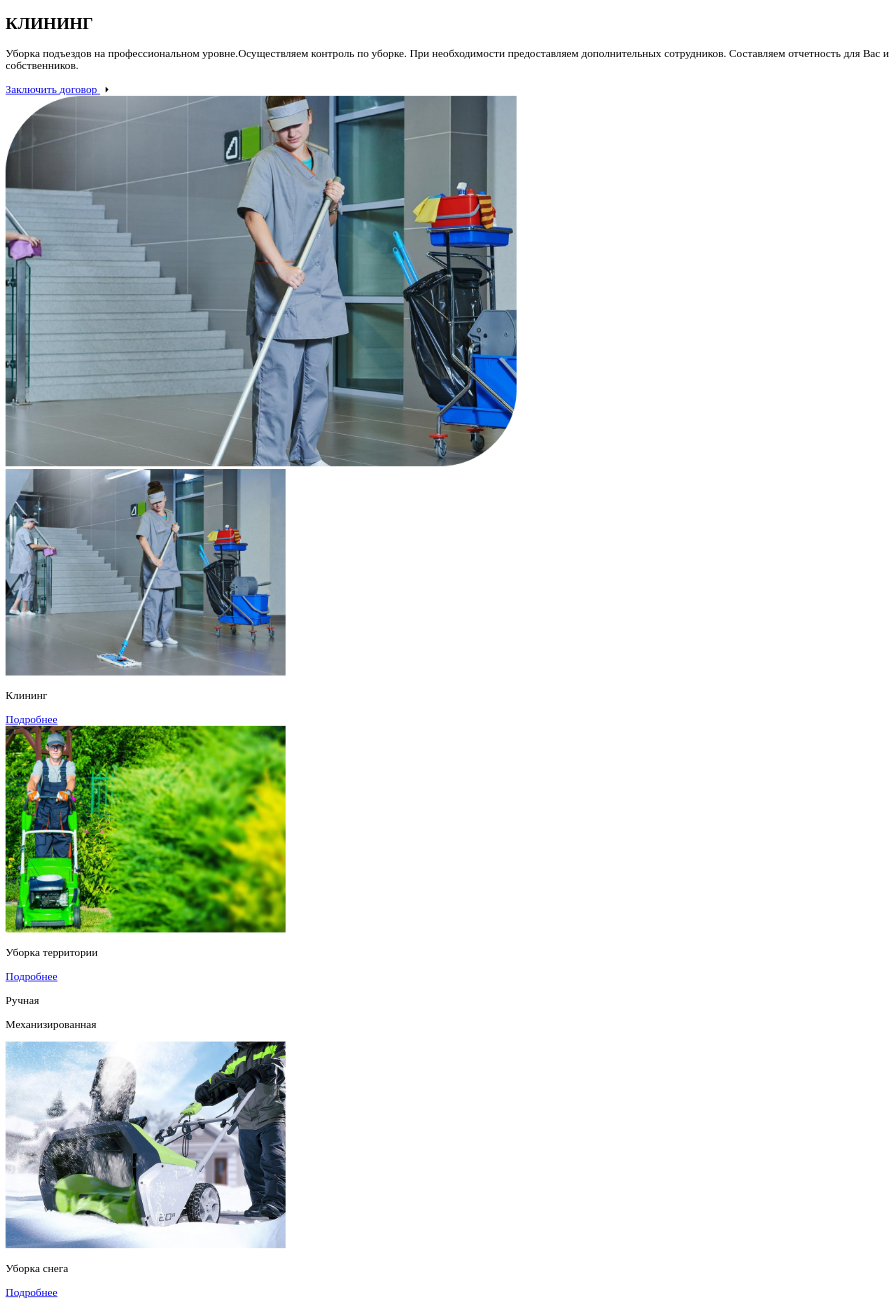
Repository: Azimich/Cleaning_
Page: src/pages/Cleaning/banner/banner.html
An editor plug-in stored every save of this project. The page is shown before and after the next save, followed by the edit.
The browser window is 1280 px wide. The pictures show the whole page, at 70% of full size.

Above is the page before, as saved 2022-10-19 18:35:07.

After the next save:
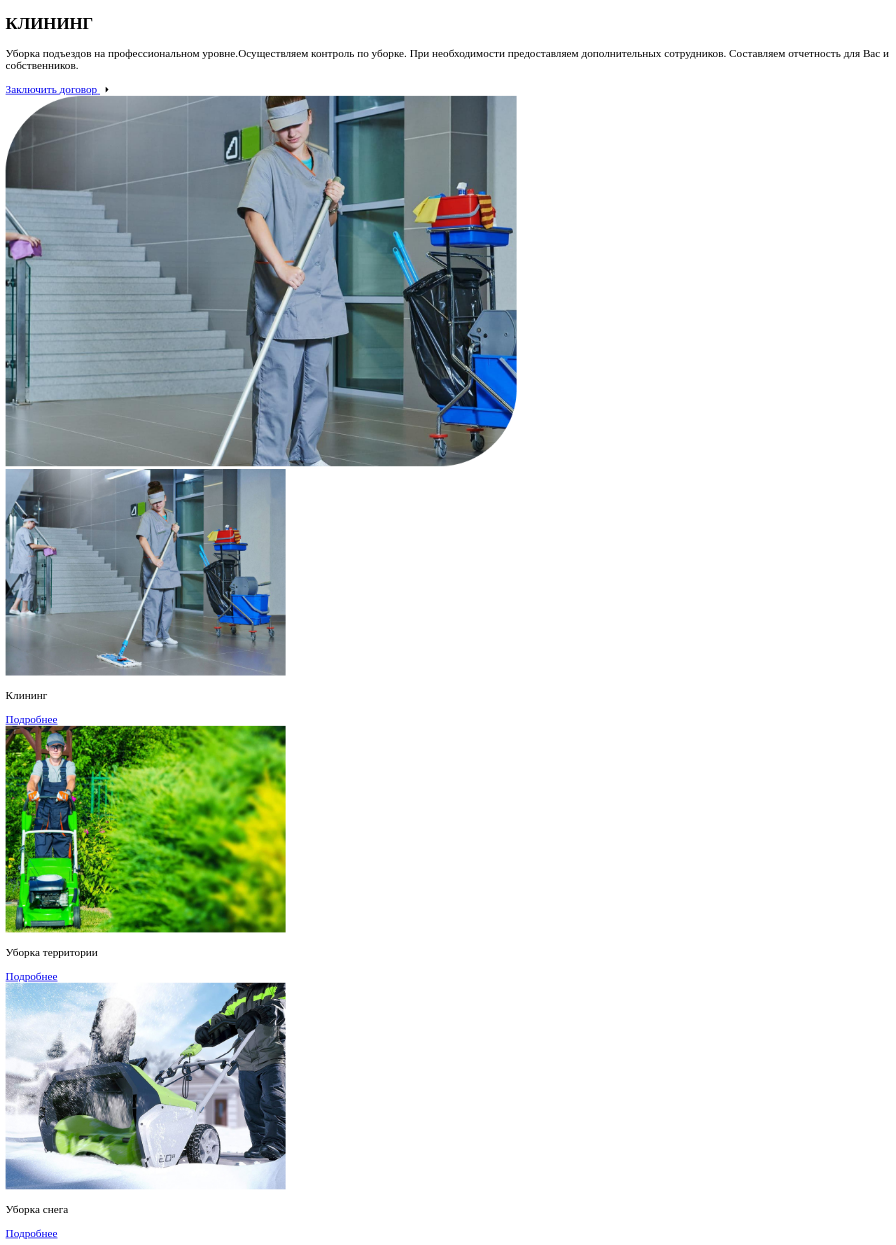
Saved 6 s later.
--- a/src/pages/Cleaning/banner/banner.html
+++ b/src/pages/Cleaning/banner/banner.html
@@ -41,12 +41,6 @@
         </div>
         <div class="banner__services__item">
           <div class="services__item-images">
-            <div class="services__item-animation">
-              <span>
-                <p>Ручная</p>
-                <p>Механизированная</p>
-              </span>
-            </div>
             <img src="../assets/images/snow.jpg" alt="snow">
           </div>
           <div class="services__item-info">
